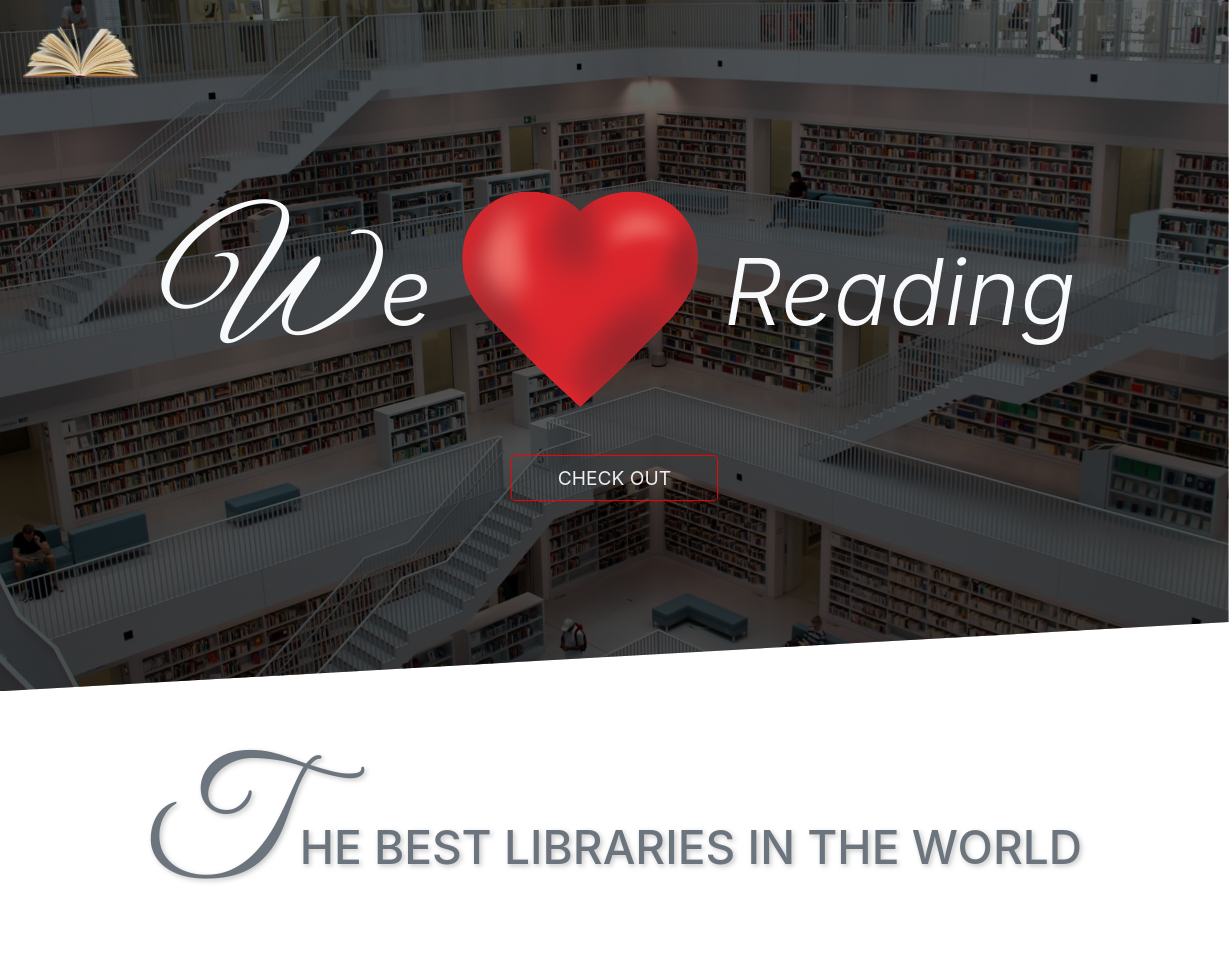
Repository: imedakrouti/BookStore
Page: index.html
These files come from the project's save history. The page is drawn as it stood at one moment and after the next save; the edit follows.
The browser window is 1280 px wide. The pictures show the whole page, at 96% of full size.
Backgrounds fixed to the window are drawn as part of the page. Some web libraries are served in a nearby version.

Above is the page before, as saved 2020-05-05 18:33:53.

After the next save:
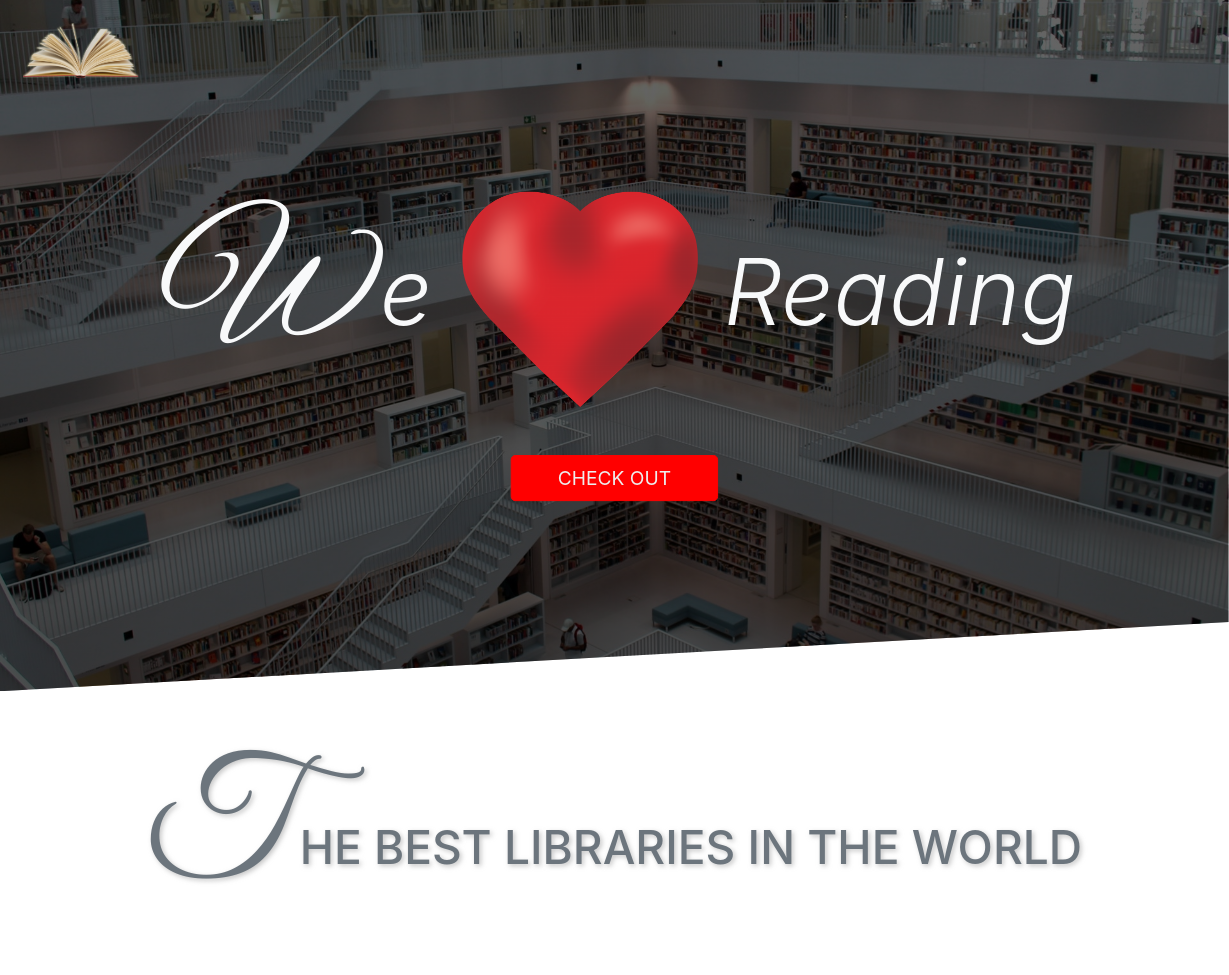
Saved 22 s later.
--- a/styles/styles.css
+++ b/styles/styles.css
@@ -92,4 +92,9 @@ text-shadow: 2px 2px 5px #aaaa;
     border:1px solid red;
     color:#eee;
 }
+.bouton{
+    background:red;
+    border:1px solid red;
+    color:#eee;
+}
 /* End Of Gallery*/

After the 2 saves that followed:
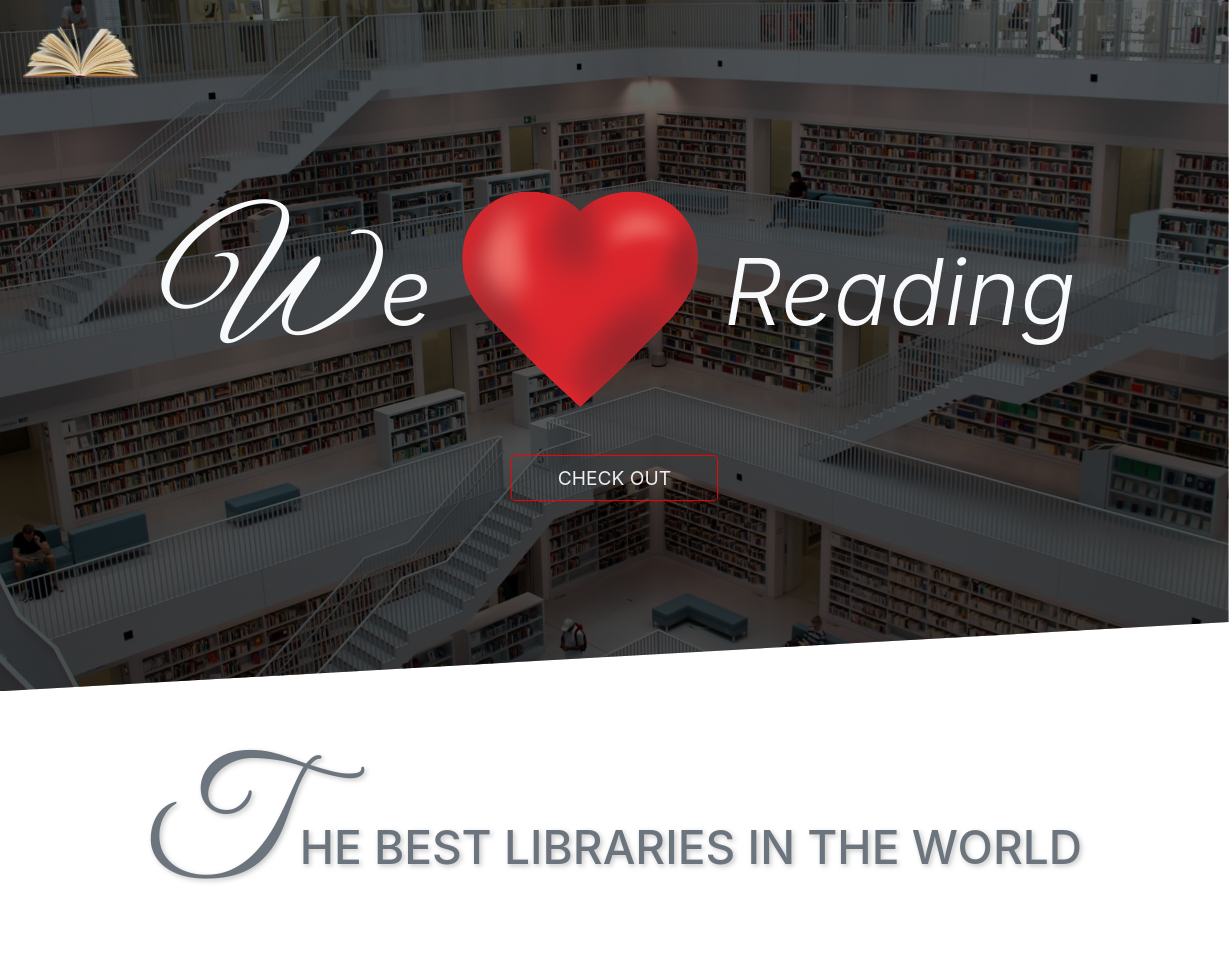
The 2 saves are shown as one change because 1 left the picture as it was.
The last was saved 17 s later.
--- a/styles/styles.css
+++ b/styles/styles.css
@@ -92,9 +92,9 @@ text-shadow: 2px 2px 5px #aaaa;
     border:1px solid red;
     color:#eee;
 }
-.bouton{
+.bouton:hover{
     background:red;
-    border:1px solid red;
+
     color:#eee;
 }
 /* End Of Gallery*/
